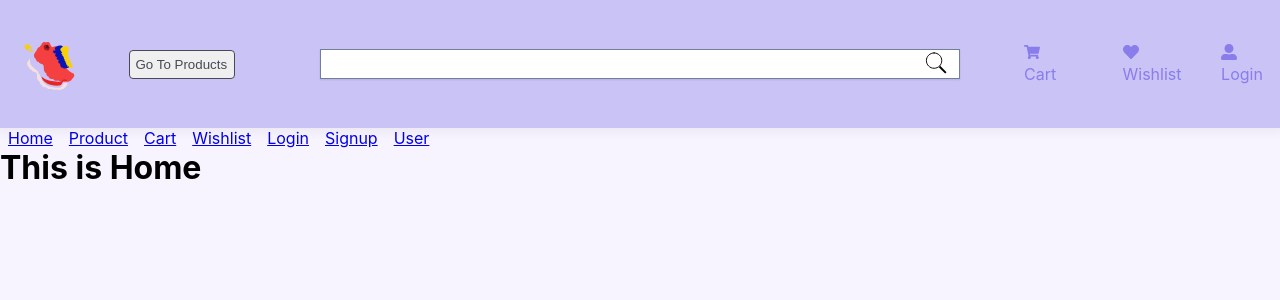
Repository: Irfan-vit/shoecase
Page: /
The author's editor kept a copy of each file at every save. The page is drawn from the files as they stood at one save, then again after the next save.
The browser window is 1280 px wide. The pictures show the whole page.
The page's requests for data from a server got no answer. The project was rebuilt for these pictures with package versions that can differ from the ones it lists, and the page was loaded fresh each time. No one was signed in, and anything a server would have sent is missing. Also part of the build but not shown: src/pages/Product/ProductPage.jsx, src/pages/cart/CartPage.jsx, src/pages/wishlist/WishlistPage.jsx, src/pages/login/LoginPage.jsx, src/pages/signup/SignupPage.jsx, src/pages/user/StyledUser.jsx, src/components/forms/addAddress/AddAddress.jsx, src/components/forms/editAddress/EditAddress.jsx and 4 more.

Above is the page before, as saved 2023-05-22 04:33:46.

After the next save:
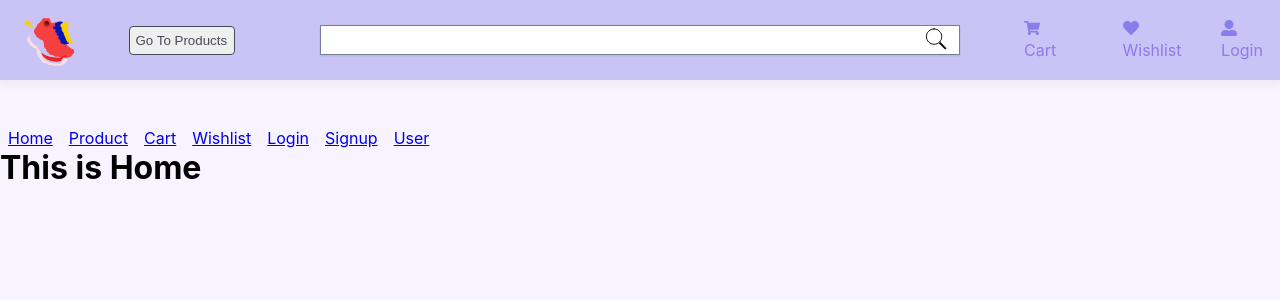
Saved 25 s later.
--- a/src/styles/NavBarStyles.jsx
+++ b/src/styles/NavBarStyles.jsx
@@ -11,7 +11,7 @@
   position: fixed;
   top: 0;
   width: 100%;
-  height: 8rem;
+  height: 5rem;
   background-color: ${(props) => props.theme.offSetBg};
   margin: 0 auto;
   @media (min-width: 900px) {

After the save that followed:
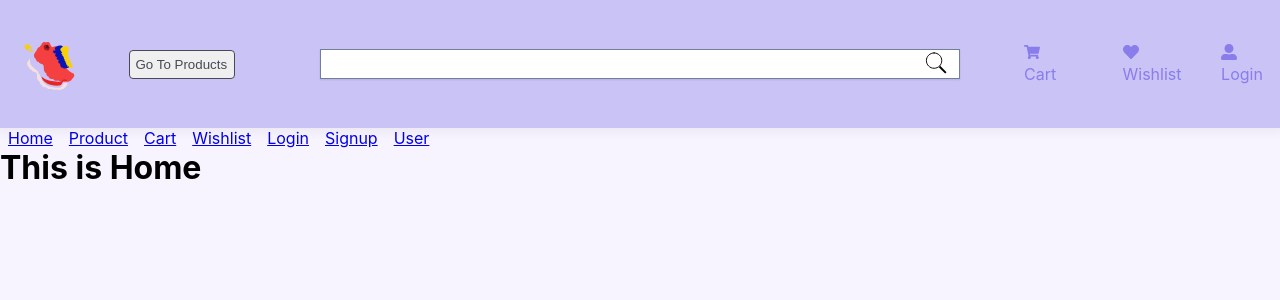
Saved 10 s later.
--- a/src/styles/NavBarStyles.jsx
+++ b/src/styles/NavBarStyles.jsx
@@ -11,7 +11,7 @@
   position: fixed;
   top: 0;
   width: 100%;
-  height: 5rem;
+  height: 8rem;
   background-color: ${(props) => props.theme.offSetBg};
   margin: 0 auto;
   @media (min-width: 900px) {
